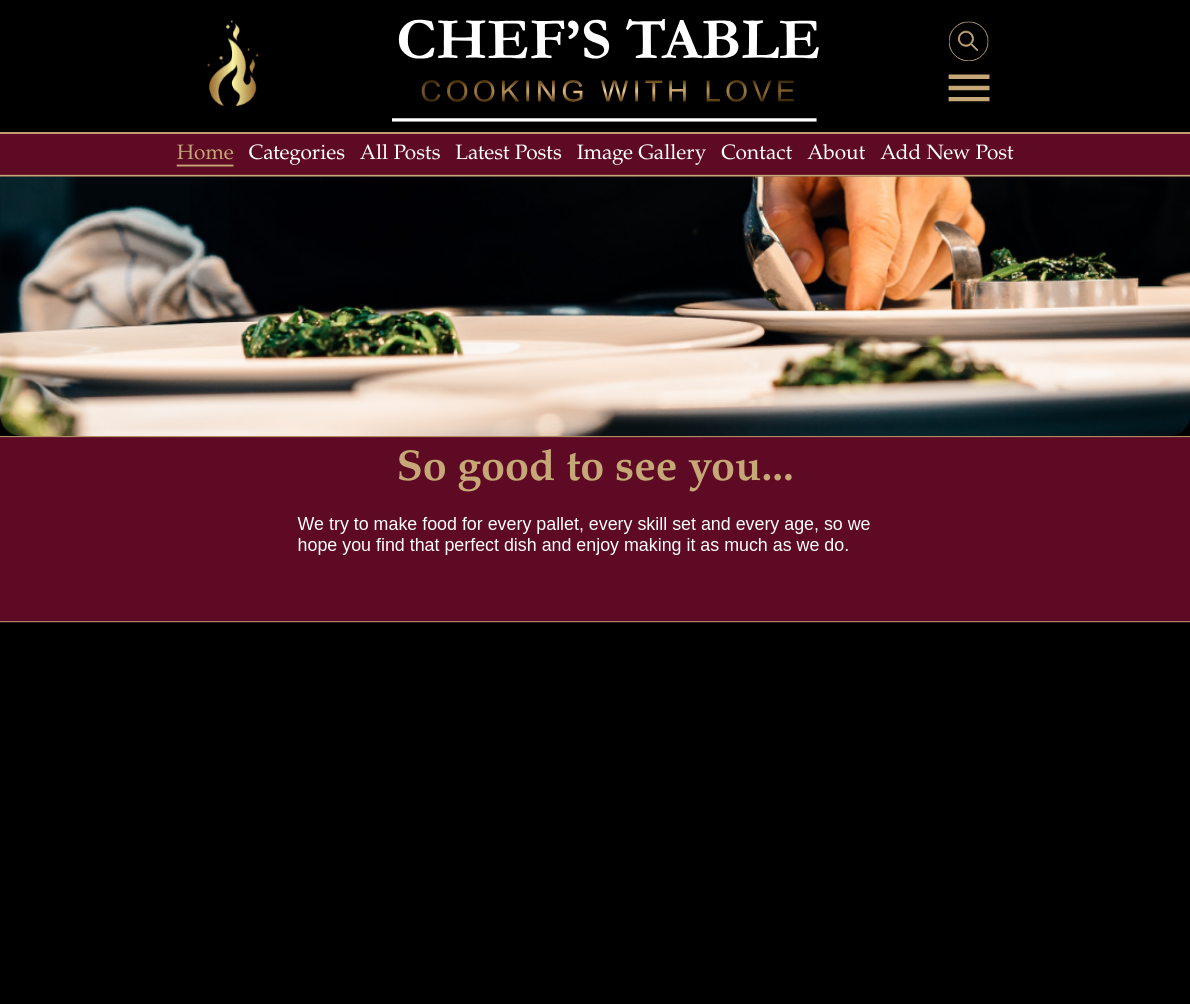
Repository: Noroff-FEU-Assignments/project-exam-1-runeunhjem
Page: index.html
These files come from the project's save history. The page is drawn as it stood at one moment and after the next save; the edit follows.
The browser window is 1280 px wide. The pictures show the whole page, at 93% of full size.
The page's requests for data from a server got no answer.

Above is the page before, as saved 2023-05-01 13:56:05.

### index.html
<!DOCTYPE html>
<html lang="en">
<head>
  <!-- Hotjar Tracking Code for CHEF'S TABLE -->
  <script>
      (function(h,o,t,j,a,r){
          h.hj=h.hj||function(){(h.hj.q=h.hj.q||[]).push(arguments)};
          h._hjSettings={hjid:3468936,hjsv:6};
          a=o.getElementsByTagName('head')[0];
          r=o.createElement('script');r.async=1;
          r.src=t+h._hjSettings.hjid+j+h._hjSettings.hjsv;
          a.appendChild(r);
      })(window,document,'https://static.hotjar.com/c/hotjar-','.js?sv=');
  </script>
  <meta charset="UTF-8">
  <meta http-equiv="X-UA-Compatible" content="IE=edge">
  <meta name="viewport" content="width=device-width, initial-scale=1.0">
  <meta name="keywords" content="Cooking, Chef, Table, Dinner, Dessert, Cousine, Recipes, Food">
  <meta name="description" content="A blog with recipes for only the best and juiciest dishes">
  <link rel="stylesheet" href="css/styles.css">
  <link rel="stylesheet" href="css/out-of-view-menu-text.css">
  <link rel="shortcut icon" href="favicon.ico" type="image/x-icon">
  <script defer src="js/posts.js" type="module"></script>
  <script defer src="js/searchbar.js"></script>
  <script defer src="js/script.js" type="module"></script>
  <title>CHEF'S TABLE | Home</title>
</head>
<body>
  <header class="header-desktop header-mobile" aria-label="Header">
    <div class="header-container">
      <div class="header-flame-logo head-item">
        <a href="index.html" aria-label="Home">
          <img src="images/logo-flame.svg" class="flame-logo" alt="Chef's Table Flame Logo">
          <span class="out-of-view-menu-text">Home</span>
        </a>
      </div>
      <div class="header-text-logo head-item">
        <img src="images/mob-logo-text.svg" id="logo-text" alt="Chef's Table Text Logo">
      </div>
        <div class="search-and-menu header-icons head-item">
          <div class="search-icon">
            <img src="images/ico-search.svg" alt="Search Icon">
          </div>
          <div class="menu-icon">
            <img src="images/ico-menu.svg" alt="Menu Icon">
          </div>
        </div>
    </div>
    <nav class="main-navigation" aria-label="Main Navigation">
      <div class="nav-container">
        <div class="desk-menu mob-menu menu">
            <ul class="search-bar nav-bar">
              <li><a href="index.html" class="active">Home</a></li>
              <li><a href="categories.html">Categories</a></li>
              <li><a href="all-posts.html">All Posts</a></li>
              <li class="desktop-only tablet"><a href="latest-posts.html">Latest Posts</a></li>
              <li class="desktop-only tablet"><a href="image-gallery.html">Image Gallery</a></li>
              <li class="desktop-only"><a href="contact.html">Contact</a></li>
              <li class="desktop-only"><a href="about.html">About</a></li>
              <li class="desktop-only"><a href="add-new-post.html">Add New Post</a></li>
            </ul>
            <div class="search-container">
              <form>
                <input type="text" placeholder="Search..." aria-label="Search for recipes">
                <button type="submit" class="search-button">
                  <div class="searchbar-icon">
                    <img src="images/ico-search.svg" alt="Search Icon">
                  </div>
                </button>
              </form>
            </div>
          </div>
        </div>
    </nav>
  </header>
  <main class="index" aria-label="Main Section">
    <div class="hero-image post-preview" id="post-preview"></div>
    <div class ="thank-you-note">
      <h3 class="so-god-to-see-you">So good to see you...</h3>
      <p class="enjoy-note">We try to make food for every pallet, every skill set and every age, so we hope you find that perfect dish and enjoy making it as much as we do.</p>
    </div>
    <div class="carousel-home" id="carousel-home"></div>
  </main>
  <footer>
  </footer>
</body>
</html>

### css/styles.css
:root {
  --color-black: #000000;
  --color-white: #FFFFFF;
  --color-grey: #D9D9D9;
  --color-gold: #C6A777;
  --color-red: #A60033;
  --color-burgundy: #5E0A24;
  --border-radius-50: 50%;
  --border-radius-10: 10%;
  --border-1px-gold: 1px solid var(--color-gold);
  --border-2px-gold: 2px solid var(--color-gold);
  --font-family-elegant: "Garamond", "Times New Roman", serif;
  --font-family-normal: "Arial", "Helvetica", sans-serif;
}

*, *:before, *:after {
  box-sizing: inherit;
}

body {
  margin: 0;
  box-sizing: border-box;
  background-color: var(--color-black);
  color: var(--color-white);
  min-height: 150vh;
}

header {
  display: flex;
  justify-content: center;
  flex-wrap: wrap;
}

img {
  max-width: 100%;
  max-height: 100%;
}

.header-container {
  display: flex;
  justify-content: space-around;
  align-items: center;
  margin: 0.5em 1em 0.7em 1em;
  box-sizing: border-box;
  max-height: 100%;
  width: 90vw;
  max-width: 970px;
  gap: 1em;
}
.header-container .flame-logo {
  max-height: 100px;
}

.header-text-logo {
  display: flex;
  align-items: flex-start;
}

.search-icon, .menu-icon {
  display: flex;
  justify-content: center;
  align-items: flex-end;
}

.search-and-menu {
  gap: 0.5em;
}

.head-item {
  display: flex;
  flex-direction: column;
  align-items: center;
  justify-content: center;
}

.main-navigation {
  display: flex;
  justify-content: center;
  align-items: center;
  height: auto;
  max-width: 100%;
  max-height: 100%;
}

.nav-container .menu {
  background-color: var(--color-burgundy);
  border-top: var(--border-2px-gold);
  border-bottom: var(--border-2px-gold);
  display: flex;
  flex-direction: column;
  justify-content: center;
  align-items: center;
  width: 100vw;
  min-height: 36px;
  height: 4vw;
  max-height: 48px;
}
.nav-container ul {
  display: flex;
  justify-content: space-around;
  gap: 1em;
  padding: 0;
  margin: 0;
  align-items: center;
}
.nav-container a {
  font-family: var(--font-family-elegant);
  font-size: calc(1rem + 0.5vw);
  color: var(--color-white);
  text-decoration: none;
}
.nav-container .hide {
  display: none;
}
.nav-container a:hover {
  color: var(--color-gold);
}
.nav-container li {
  list-style: none;
}
.nav-container .active {
  color: var(--color-gold);
  border-bottom: var(--border-2px-gold);
}

.search-container {
  display: none;
}

.show {
  display: flex;
  justify-content: center;
  align-items: center;
  max-width: 970px;
}
.show form {
  display: flex;
  justify-content: center;
  align-items: center;
  gap: 0.5em;
}
.show form input {
  text-indent: 0.5em;
  font-size: 1.2rem;
  background-color: var(--color-black);
  color: var(--color-white);
  border: var(--border-1px-gold);
  min-height: 24px;
  height: 2vw;
  min-width: 250px;
  border-radius: 6px;
}
.show form .search-button {
  border-radius: var(--border-radius-50);
  padding: 0;
  margin: 0;
  background-color: var(--color-burgundy);
  border: 1px solid var(--color-burgundy);
  min-height: 24px;
  height: 2vw;
}
.show img {
  min-height: 24px;
  height: 2vw;
}

main {
  display: flex;
  flex-direction: column;
  justify-content: flex-start;
  align-items: center;
}

.hero-image {
  background-image: url(../images/hero-image.png);
  background-size: cover;
  background-repeat: no-repeat;
  background-position: center bottom;
  width: 100vw;
  height: 279px;
}

.thank-you-note {
  display: flex;
  flex-direction: column;
  justify-content: flex-start;
  text-align: center;
  width: 100%;
  height: 200px;
  margin-bottom: 1em;
  background-color: var(--color-burgundy);
  color: var(--color-white);
  border-top: var(--border-1px-gold);
  border-bottom: var(--border-1px-gold);
}

.so-god-to-see-you {
  margin: 0.2em auto;
  font-family: var(--font-family-elegant);
  font-size: calc(2.5rem + 0.5vw);
  color: var(--color-gold);
}

.enjoy-note {
  width: 50vw;
  text-align: left;
  margin: 0.5em auto;
  font-family: var(--font-family-normal);
  font-size: calc(0.8rem + 0.5vw);
}

.carousel-home {
  display: flex;
  justify-content: flex-start;
  align-items: flex-start;
  width: 80vw;
  margin-bottom: 2em;
  gap: 1em;
}

.post-container {
  border: var(--border-1px-gold);
  border-radius: 6px;
  padding: 0.5em;
  height: 295px;
  width: 243px;
}

.post-image-container {
  width: 213px;
  height: 110px;
  padding-bottom: 56.25%; /* 16:9 aspect ratio */
  background-size: cover;
  background-position: center center;
  border-top-left-radius: 6px;
  border-top-right-radius: 6px;
}

.post-title {
  font-family: var(--font-family-elegant);
  font-size: 1.2rem;
  font-weight: bold;
  color: var(--color-gold);
  height: 40px;
  margin: 0.4em 0 0 0;
}

.post-tagline {
  font-family: var(--font-family-normal);
  margin: 0.4em 0;
  font-size: 0.9rem;
  height: 32px;
}

.post-tags {
  font-family: var(--font-family-normal);
  font-size: 0.8rem;
  margin: 0 0 0.6em 0;
  height: 48px;
  line-height: 1.35;
}

.post-added {
  font-family: var(--font-family-normal);
  font-size: 0.7rem;
  margin: 0;
}

@media screen and (max-width: 768px) {
  .desktop-only {
    display: none;
  }
  .tablet {
    display: block;
  }
  .hero-image {
    background-image: url(../images/hero-image.png);
    height: 180px;
  }
}
@media screen and (max-width: 460px) {
  .tablet {
    display: none;
  }
  .hero-image {
    background-image: url(../images/hero-image.png);
    height: 100px;
  }
}/*# sourceMappingURL=styles_20230501135605.css.map */

### css/out-of-view-menu-text.css
.out-of-view-menu-text {
  position: absolute;
  left: -10000px;
}

### js/posts.js
const apiUrl = "https://wordpress.runeunhjem.no/wp-json/wp/v2/posts?per_page=50";
let posts = [];

async function getPosts() {
  try {
    const response = await fetch(apiUrl);
    const result = await response.json();
    console.log(result);

    for (const item of result) {
      const categoriesResponse = await fetch(item._links["wp:term"][0].href);
      const categoriesResult = await categoriesResponse.json();
      const categories = categoriesResult.map(category => category.name);

      const tagsResponse = await fetch(item._links["wp:term"][1].href);
      const tagsResult = await tagsResponse.json();
      const tags = tagsResult
        .filter((tag) => tag.name !== "ep1" && tag.name !== "food").map((tag) => tag.name);

      const post = {
        postId: item.id,
        title: item.title.rendered.replace(/&amp;/g, "&"),
        shortDescription: item.content.rendered.match(/<p>(.*?)<\/p>/)[1].trim(),
        tags: tags,
        date: new Date(item.date),
        categories: categories,
        image: item.content.rendered.match(/src="([^"]*)"/)[1],
        instructions: item.content.rendered.match(/<ol>(.*?)<\/ol>/s)[0],
        recipe: item.content.rendered.match(/Ingredients:([\s\S]*?)<ol>/)[1].trim(),
      };
      posts.push(post);
    // for (const item of result) {
    //   // fetch categories and tags for the post

    //   const post = {
    //     postId: item.id,
    //     title: item.title.rendered.replace(/&/g, "&amp;"),
    //     categories: categories,
    //     tags: tags,
    //     image: item.content.rendered.match(/src="([^"]*)"/)[1],
    //     instructions: item.content.rendered.match(/<ol>(.*?)<\/ol>/s)[0],
    //     recipe: item.content.rendered.match(/Ingredients:([\s\S]*?)<ol>/)[1].trim(),
    //     shortDescription: item.excerpt.rendered.replace(/(<([^>]+)>)/gi, "").trim()
    //   };
    //   posts.push(post);
    };
  } catch (error) {
    console.log(error);
  };
};

export { getPosts, posts };

### js/script.js
import { getPosts, posts } from "./posts.js";

(async function () {
  await getPosts();
  console.log("posts is: ", posts);

  const carousel = document.getElementById("carousel-home");

  for (const post of posts) {
    const postContainer = document.createElement("div");
    postContainer.classList.add("post-container");

    const container = document.createElement("div");
    container.classList.add("post-image-container");
    postContainer.appendChild(container);

    const image = new Image();
    image.onload = function () {
      container.style.backgroundImage = `url(${image.src})`;
    };
    image.src = post.image;

    const title = document.createElement("h2");
    title.classList.add("post-title");
    title.textContent = post.title;
    postContainer.appendChild(title);

    const tagLine = document.createElement("p");
    tagLine.classList.add("post-tagline");
    tagLine.textContent = post.shortDescription;
    postContainer.appendChild(tagLine);

    const tags = document.createElement("p");
    tags.classList.add("post-tags");
    tags.textContent = `Tags: ${post.tags.join(", ")}`;
    postContainer.appendChild(tags);

    const date = new Date(post.date);
    const dateString = `${date.toLocaleString("default", { month: "short" })} ${date.getDate()}, ${date.getFullYear()}`;
    const added = document.createElement("p");
    added.classList.add("post-added");
    added.textContent = `Added: ${dateString}`;
    postContainer.appendChild(added);


    // const categories = document.createElement("p");
    // categories.textContent = `Categories: ${post.categories.join(", ")}`;
    // postContainer.appendChild(categories);


    // const instructions = document.createElement("div");
    // instructions.innerHTML = post.instructions;
    // postContainer.appendChild(instructions);

    // const recipe = document.createElement("div");
    // recipe.innerHTML = post.recipe;
    // postContainer.appendChild(recipe);

    carousel.appendChild(postContainer);
  }
})();

### js/searchbar.js
const searchIcon = document.querySelector(".search-icon");
const searchContainer = document.querySelector(".search-container");
const navContainer = document.querySelector(".search-bar");

searchIcon.addEventListener("click", function () {
  searchContainer.classList.toggle("show");
  navContainer.classList.toggle("hide");
});

After the next save:
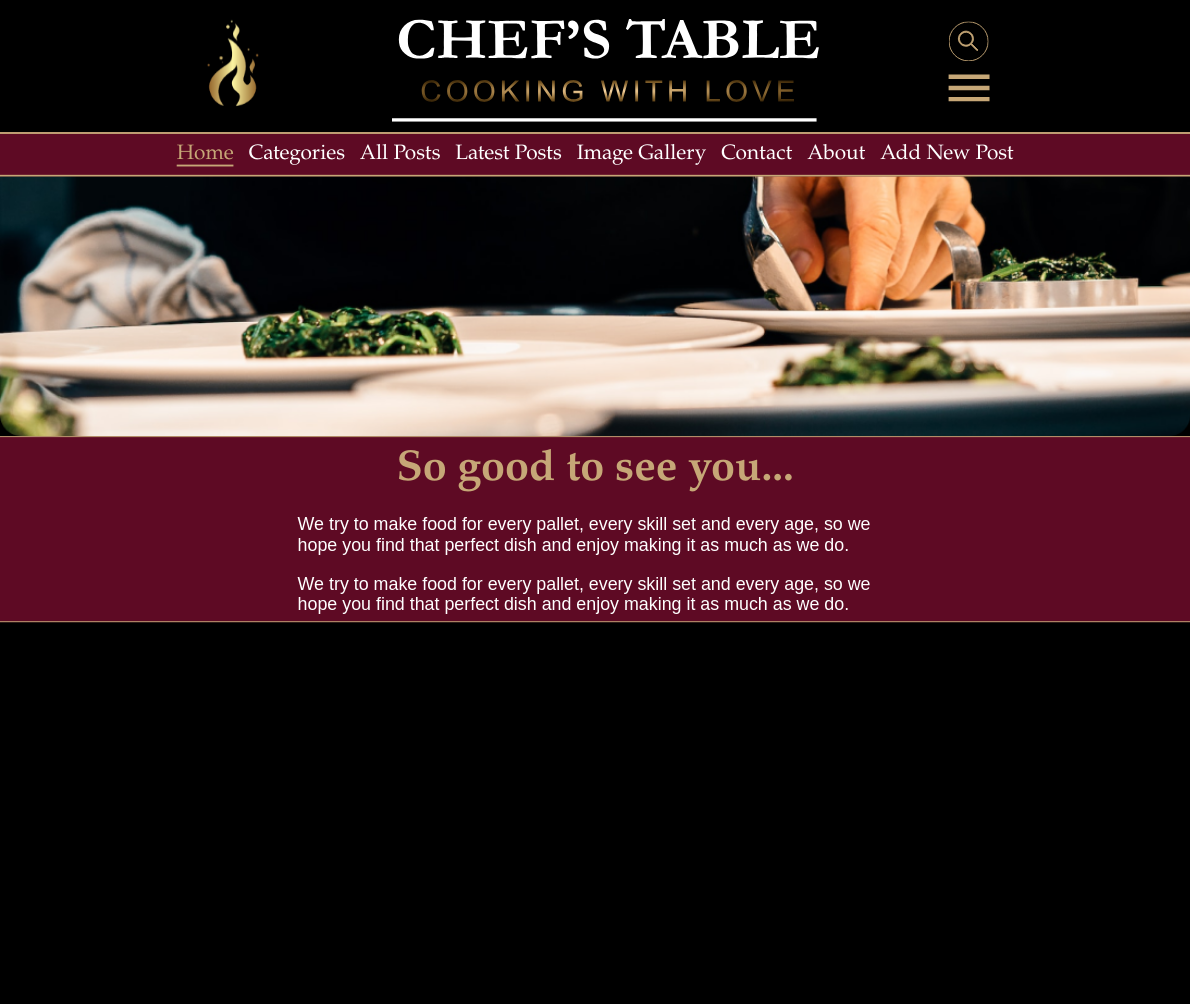
Saved 15 s later.
--- a/index.html
+++ b/index.html
@@ -78,6 +78,7 @@
     <div class ="thank-you-note">
       <h3 class="so-god-to-see-you">So good to see you...</h3>
       <p class="enjoy-note">We try to make food for every pallet, every skill set and every age, so we hope you find that perfect dish and enjoy making it as much as we do.</p>
+      <p class="enjoy-note">We try to make food for every pallet, every skill set and every age, so we hope you find that perfect dish and enjoy making it as much as we do.</p>
     </div>
     <div class="carousel-home" id="carousel-home"></div>
   </main>
